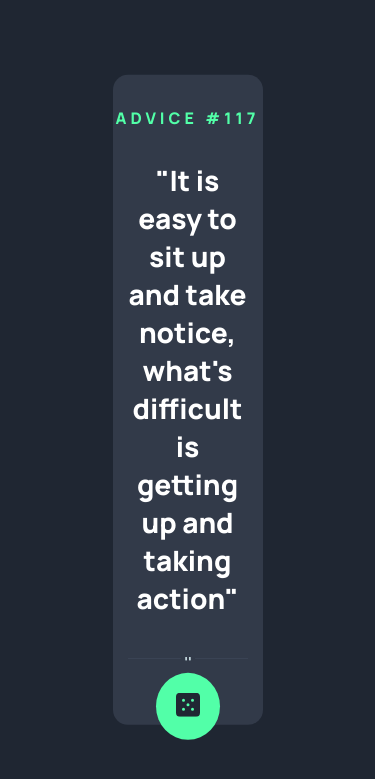
Repository: WindOfCodes/advice-generator-app
Page: index.html
The author's editor kept a copy of each file at every save. The page is drawn from the files as they stood at one save, then again after a run of saves.
The browser window is 375 px wide. The pictures show the whole page.

Above is the page before, as saved 2022-11-28 22:29:21.

After the next 3 saves:
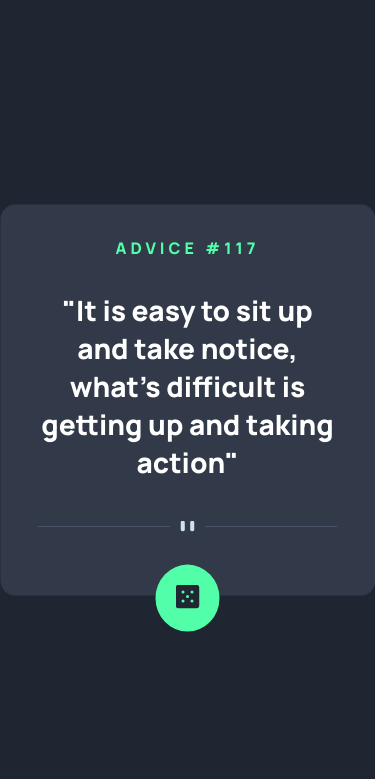
The 3 saves are shown as one change because they came seconds apart.
The last was saved 21 s later.
--- a/styles/main.css
+++ b/styles/main.css
@@ -71,5 +71,7 @@ body {
 }
 
 @media only screen and (max-width: 375px) {
-  width: 100%;
+  .card {
+    width: 100%;
+  }
 }
